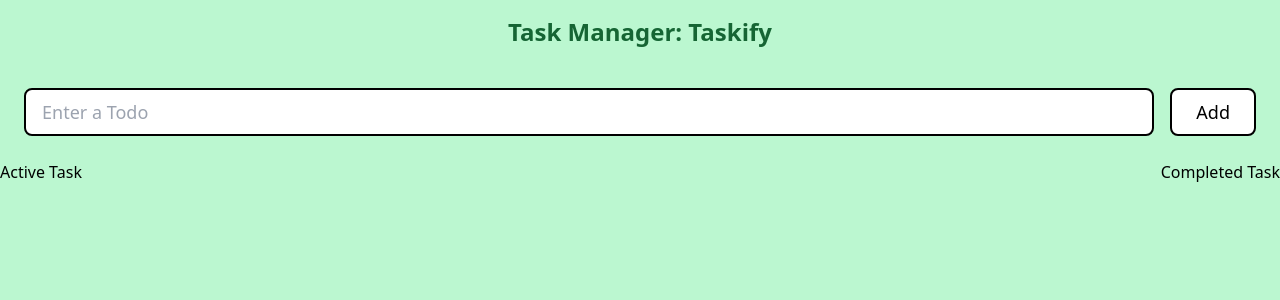
Repository: Dineshbhandari2023/Todo
Page: /
These files come from the project's save history. The page is drawn as it stood at one moment and after the next save; the edit follows.
The browser window is 1280 px wide. The pictures show the whole page.
Some web fonts or font styles are not loaded; a fallback is used. The project was rebuilt for these pictures with package versions that can differ from the ones it lists, and the page was loaded fresh each time. Also part of the build but not shown: src/Components/SingleTodo.tsx.

Above is the page before, as saved 2025-06-19 21:59:32.

After the next save:
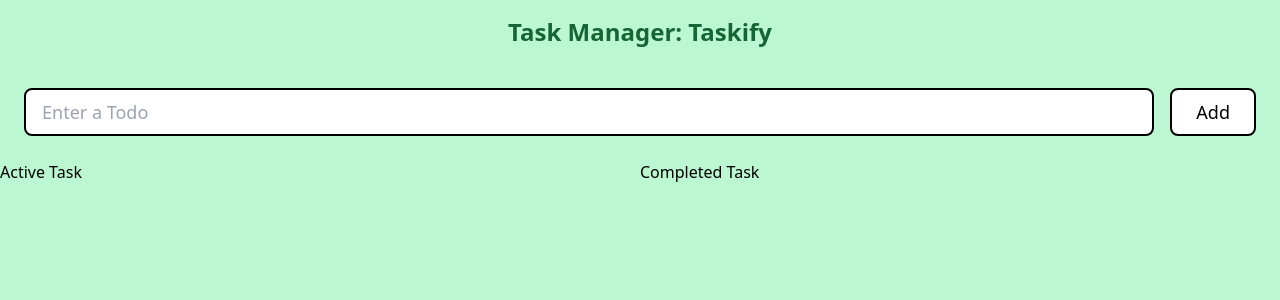
Saved 11 s later.
--- a/src/Components/TodoList.tsx
+++ b/src/Components/TodoList.tsx
@@ -23,7 +23,7 @@ const TodoList = ({ todos, setTodos }: Props) => {
           ))}
         </div>
       </div>
-      <div>
+      <div className="w-2/4">
         <h1>Completed Task</h1>
         <div>
           {todos.map((todo) => (
